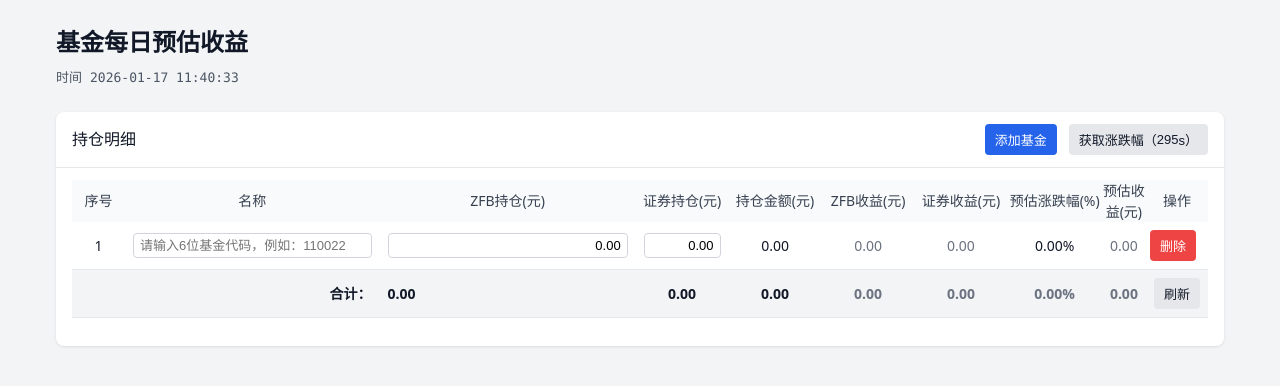
Repository: zt-boom/finance
Page: index.html
The author's editor kept a copy of each file at every save. The page is drawn from the files as they stood at one save, then again after the next save.
The browser window is 1280 px wide. The pictures show the whole page.

Above is the page before, as saved 2026-01-17 18:58:01.

After the next save:
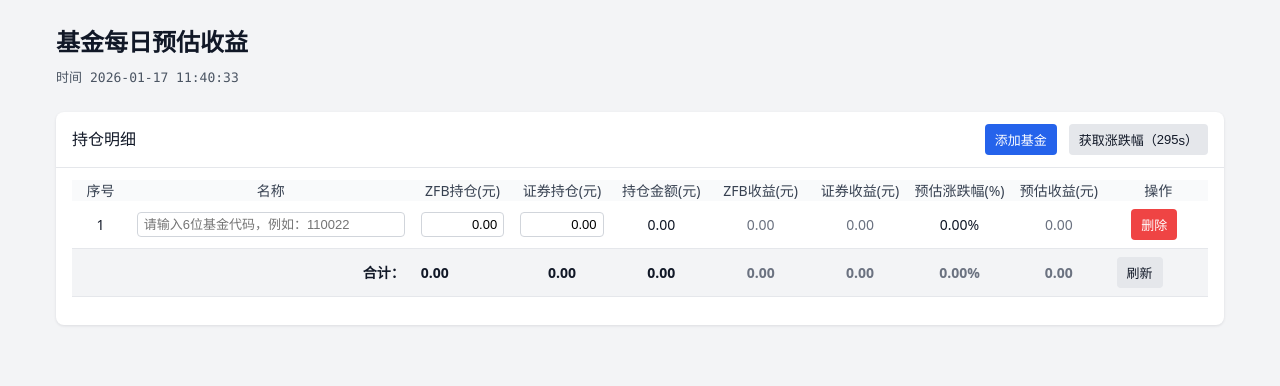
Saved 2 min 50 s later.
--- a/style.css
+++ b/style.css
@@ -85,9 +85,10 @@ margin-bottom: 12px;
 }
 
 .fund-table {
-width: 100%;
-border-collapse: collapse;
-font-size: 14px;
+ width: 100%;
+ border-collapse: collapse;
+ font-size: 14px;
+ table-layout: fixed;
 }
 
 .fund-table td {
